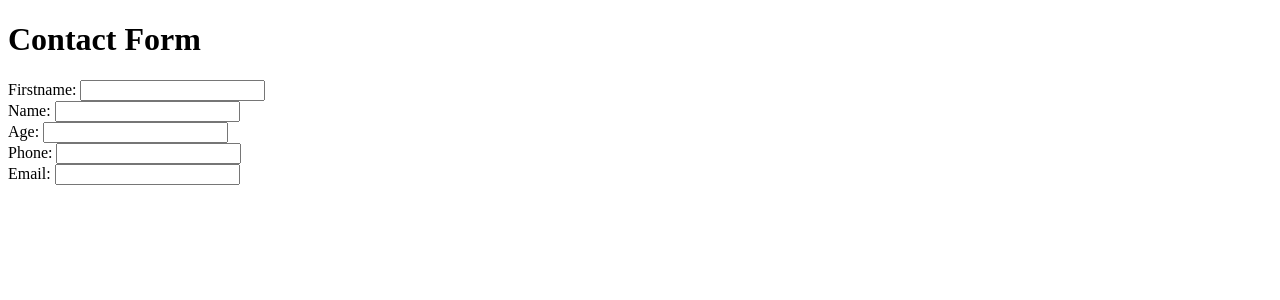
Repository: cronopi/django
Page: Training-Python-Django-0 1/ex02/form.html
The author's editor kept a copy of each file at every save. The page is drawn from the files as they stood at one save, then again after the next save.
The browser window is 1280 px wide. The pictures show the whole page.

Above is the page before, as saved 2026-03-10 13:32:44.

After the next save:
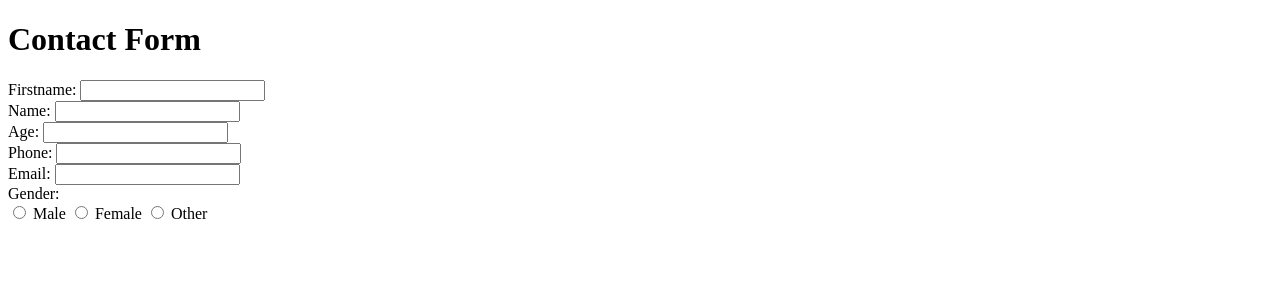
Saved 10 min 37 s later.
--- a/Training-Python-Django-0 1/ex02/form.html
+++ b/Training-Python-Django-0 1/ex02/form.html
@@ -15,6 +15,12 @@
 		<label>Age: <input type="number" id="age"></label><br>
 		<label>Phone: <input type="tel" id="phone"></label><br>
 		<label>Email: <input type="email" id="email"></label><br>
+
+		<label>Gender:</label><br>
+		<label><input type="radio" name="gender" id="gender_male" value="Male"> Male</label>
+		<label><input type="radio" name="gender" id="gender_female" value="Female"> Female</label>
+		<label><input type="radio" name="gender" id="gender_other" value="Other"> Other</label>
+		<br>
 	</form>
 
 	<script src="popup.js"></script>
